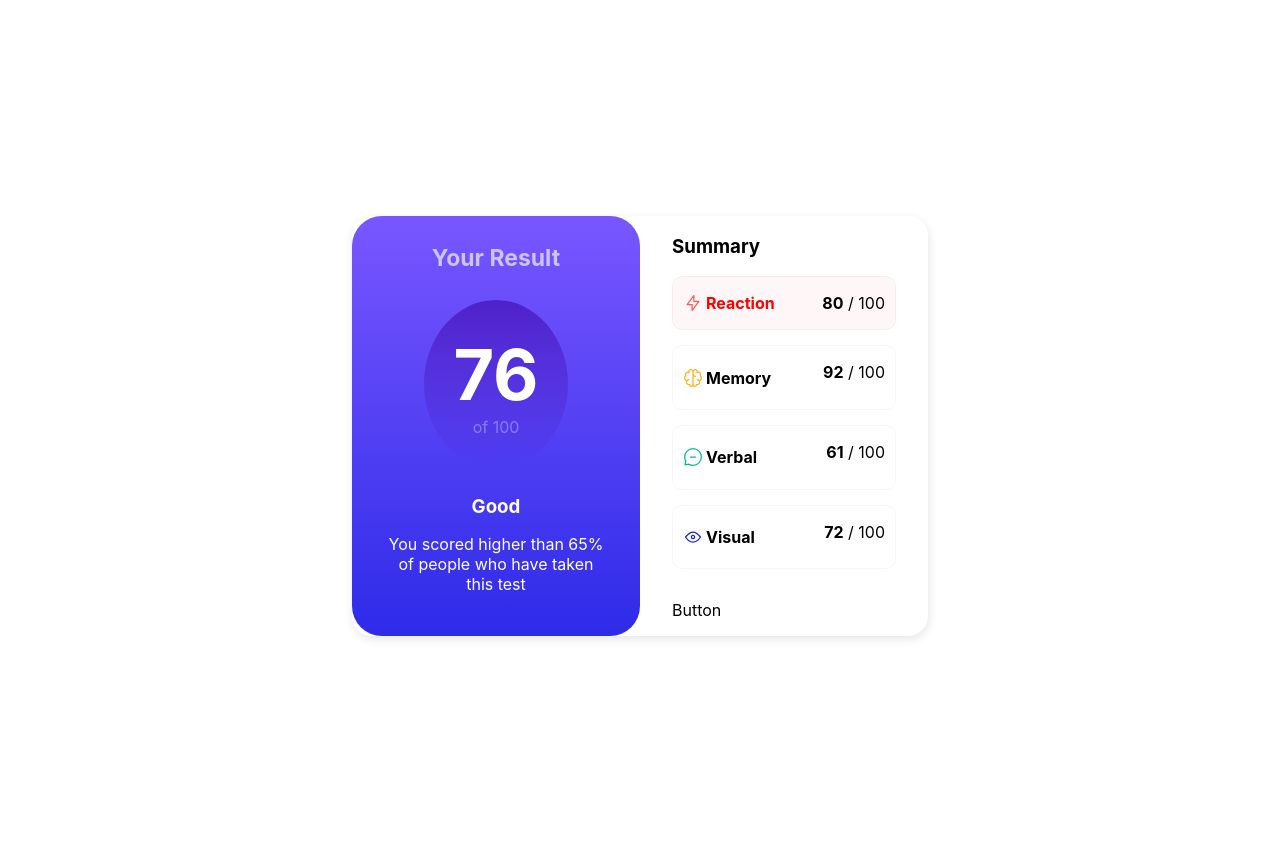
Repository: JeanPaulBassil/Result-Summary-Design
Page: /
The author's editor kept a copy of each file at every save. The page is drawn from the files as they stood at one save, then again after the next save.
The browser window is 1280 px wide. The pictures show the whole page.
The project was rebuilt for these pictures with package versions that can differ from the ones it lists, and the page was loaded fresh each time.

Above is the page before, as saved 2023-02-24 17:46:23.

After the next save:
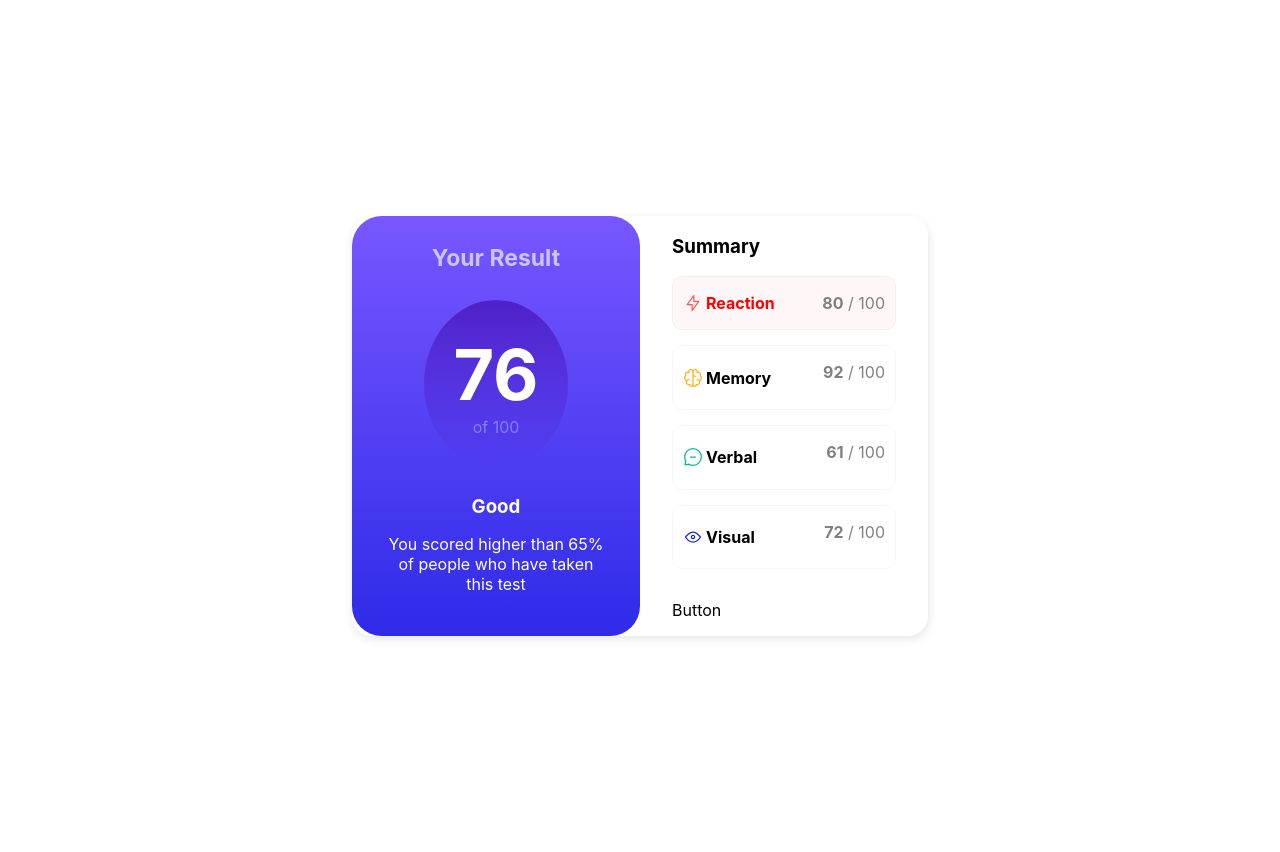
Saved 2 min 34 s later.
--- a/src/Components/Summary/Summary.css
+++ b/src/Components/Summary/Summary.css
@@ -28,6 +28,10 @@
     justify-content: center;
 }
 
+.part > p {
+    color: gray
+}
+
 .red {
     background-color: rgba(255, 0, 0, 0.03);
 }
